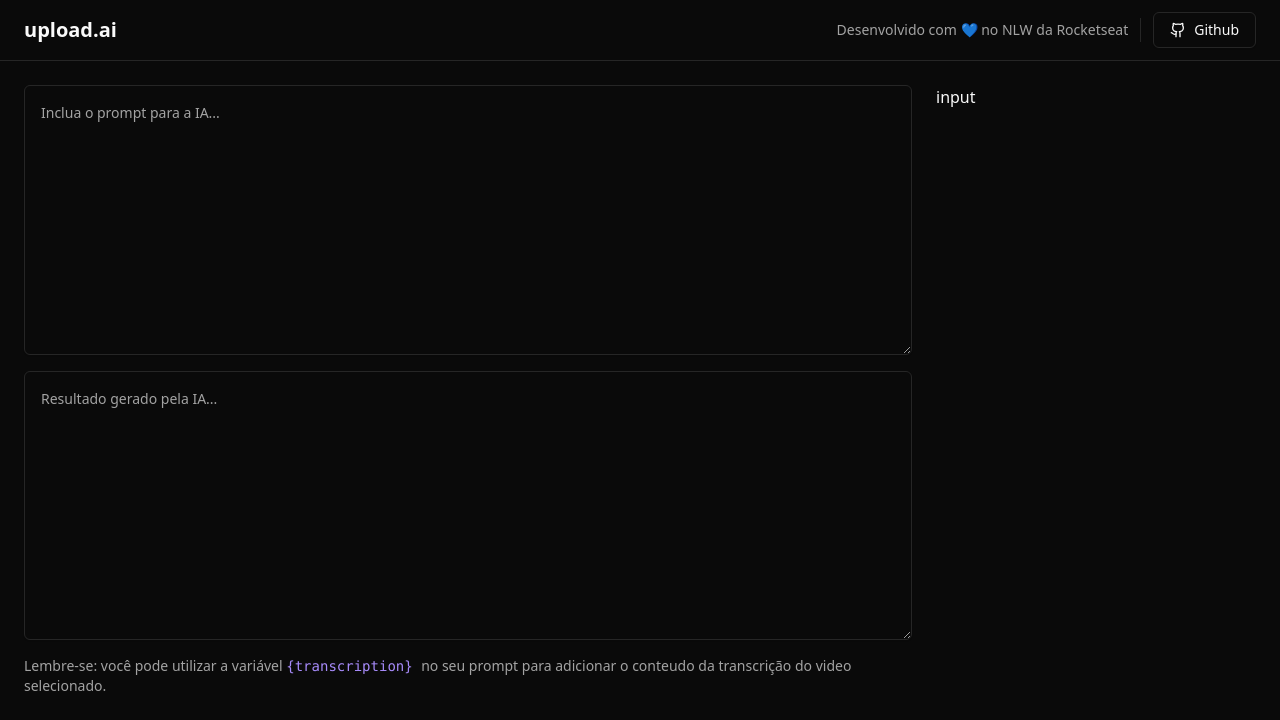
Repository: ricardolimati/upload-ai-web
Page: /
An editor plug-in stored every save of this project. The page is shown before and after the next save, followed by the edit.
The browser window is 1280 px wide. The pictures show the whole page.
The project was rebuilt for these pictures with package versions that can differ from the ones it lists, and the page was loaded fresh each time. Also part of the build but not shown: vite.config.ts.

Above is the page before, as saved 2023-09-11 23:39:26.

### src/App.tsx
import {Github} from 'lucide-react'
import { Button } from "./components/ui/button";
import { Separator } from './components/ui/separator';
import { Textarea } from './components/ui/textarea';

export function App() {
  return(
   <div className="min-h-screen flex flex-col">
    <div className="px-6 py-3 flex items-center justify-between border-b">
      <h1 className="text-xl font-bold">upload.ai</h1>
      <div className="flex items-center gap-3">
        <span className="text-sm text-muted-foreground">
          Desenvolvido com 💙 no NLW da Rocketseat</span>
          <Separator orientation='vertical' className='h-6' />
        <Button variant="outline">
          <Github className="w-4 h-4 mr-2" />Github
        </Button>
      </div>
    </div>

    <main className="flex-1 p-6 flex gap-6">
      <div className="flex flex-col flex-1 gap-4">
        <div className="grid grid-rows-2 gap-4 flex-1">
          <Textarea
          className="resize-nome p-4 leading-relaxed"
          placeholder="Inclua o prompt para a IA..."
          />
          <Textarea
          className="resize-nome p-4 leading-relaxed"
          placeholder="Resultado gerado pela IA..."
          readOnly
           />
        </div>

        <p className="text-sm text-muted-foreground">
          Lembre-se: você pode utilizar a variável <code className="text-violet-400">{'{transcription}'} </code>
           no seu prompt para adicionar o conteudo da transcrição
          do video selecionado.</p>
      </div>
      <aside className="w-80 space-y-6">
        <form className="space-y-6" action="" method="post">
          <label htmlFor="video"></label>
          input
        </form>
      </aside>
    </main>
   </div>
  )
}

### src/index.css
@tailwind base;
@tailwind components;
@tailwind utilities;

@layer base {
  :root {
    --background: 0 0% 3.9%;
    --foreground: 0 0% 98%;
    --card: 0 0% 3.9%;
    --card-foreground: 0 0% 98%;
    --popover: 0 0% 3.9%;
    --popover-foreground: 0 0% 98%;
    --primary: 0 72.2% 50.6%;
    --primary-foreground: 0 85.7% 97.3%;
    --secondary: 0 0% 14.9%;
    --secondary-foreground: 0 0% 98%;
    --muted: 0 0% 14.9%;
    --muted-foreground: 0 0% 63.9%;
    --accent: 0 0% 14.9%;
    --accent-foreground: 0 0% 98%;
    --destructive: 0 62.8% 30.6%;
    --destructive-foreground: 0 0% 98%;
    --border: 0 0% 14.9%;
    --input: 0 0% 14.9%;
    --ring: 0 72.2% 50.6%;

    --radius: 0.5rem;
  }
}

@layer base {
  * {
    @apply border-border;
  }
  body {
    @apply bg-background text-foreground;
  }
}

### src/components/ui/button.tsx
import * as React from "react"
import { Slot } from "@radix-ui/react-slot"
import { cva, type VariantProps } from "class-variance-authority"

import { cn } from "@/lib/utils"

const buttonVariants = cva(
  "inline-flex items-center justify-center rounded-md text-sm font-medium transition-colors focus-visible:outline-none focus-visible:ring-1 focus-visible:ring-ring disabled:pointer-events-none disabled:opacity-50",
  {
    variants: {
      variant: {
        default:
          "bg-primary text-primary-foreground shadow hover:bg-primary/90",
        destructive:
          "bg-destructive text-destructive-foreground shadow-sm hover:bg-destructive/90",
        outline:
          "border border-input bg-transparent shadow-sm hover:bg-accent hover:text-accent-foreground",
        secondary:
          "bg-secondary text-secondary-foreground shadow-sm hover:bg-secondary/80",
        ghost: "hover:bg-accent hover:text-accent-foreground",
        link: "text-primary underline-offset-4 hover:underline",
      },
      size: {
        default: "h-9 px-4 py-2",
        sm: "h-8 rounded-md px-3 text-xs",
        lg: "h-10 rounded-md px-8",
        icon: "h-9 w-9",
      },
    },
    defaultVariants: {
      variant: "default",
      size: "default",
    },
  }
)

export interface ButtonProps
  extends React.ButtonHTMLAttributes<HTMLButtonElement>,
    VariantProps<typeof buttonVariants> {
  asChild?: boolean
}

const Button = React.forwardRef<HTMLButtonElement, ButtonProps>(
  ({ className, variant, size, asChild = false, ...props }, ref) => {
    const Comp = asChild ? Slot : "button"
    return (
      <Comp
        className={cn(buttonVariants({ variant, size, className }))}
        ref={ref}
        {...props}
      />
    )
  }
)
Button.displayName = "Button"

export { Button, buttonVariants }

### src/components/ui/separator.tsx
import * as React from "react"
import * as SeparatorPrimitive from "@radix-ui/react-separator"

import { cn } from "@/lib/utils"

const Separator = React.forwardRef<
  React.ElementRef<typeof SeparatorPrimitive.Root>,
  React.ComponentPropsWithoutRef<typeof SeparatorPrimitive.Root>
>(
  (
    { className, orientation = "horizontal", decorative = true, ...props },
    ref
  ) => (
    <SeparatorPrimitive.Root
      ref={ref}
      decorative={decorative}
      orientation={orientation}
      className={cn(
        "shrink-0 bg-border",
        orientation === "horizontal" ? "h-[1px] w-full" : "h-full w-[1px]",
        className
      )}
      {...props}
    />
  )
)
Separator.displayName = SeparatorPrimitive.Root.displayName

export { Separator }

### src/components/ui/textarea.tsx
import * as React from "react"

import { cn } from "@/lib/utils"

export interface TextareaProps
  extends React.TextareaHTMLAttributes<HTMLTextAreaElement> {}

const Textarea = React.forwardRef<HTMLTextAreaElement, TextareaProps>(
  ({ className, ...props }, ref) => {
    return (
      <textarea
        className={cn(
          "flex min-h-[60px] w-full rounded-md border border-input bg-transparent px-3 py-2 text-sm shadow-sm placeholder:text-muted-foreground focus-visible:outline-none focus-visible:ring-1 focus-visible:ring-ring disabled:cursor-not-allowed disabled:opacity-50",
          className
        )}
        ref={ref}
        {...props}
      />
    )
  }
)
Textarea.displayName = "Textarea"

export { Textarea }

Loaded but not shown: index.html (common file); src/main.tsx (common file); src/lib/utils.ts (common file); tailwind.config.js (common file)

After the next save:
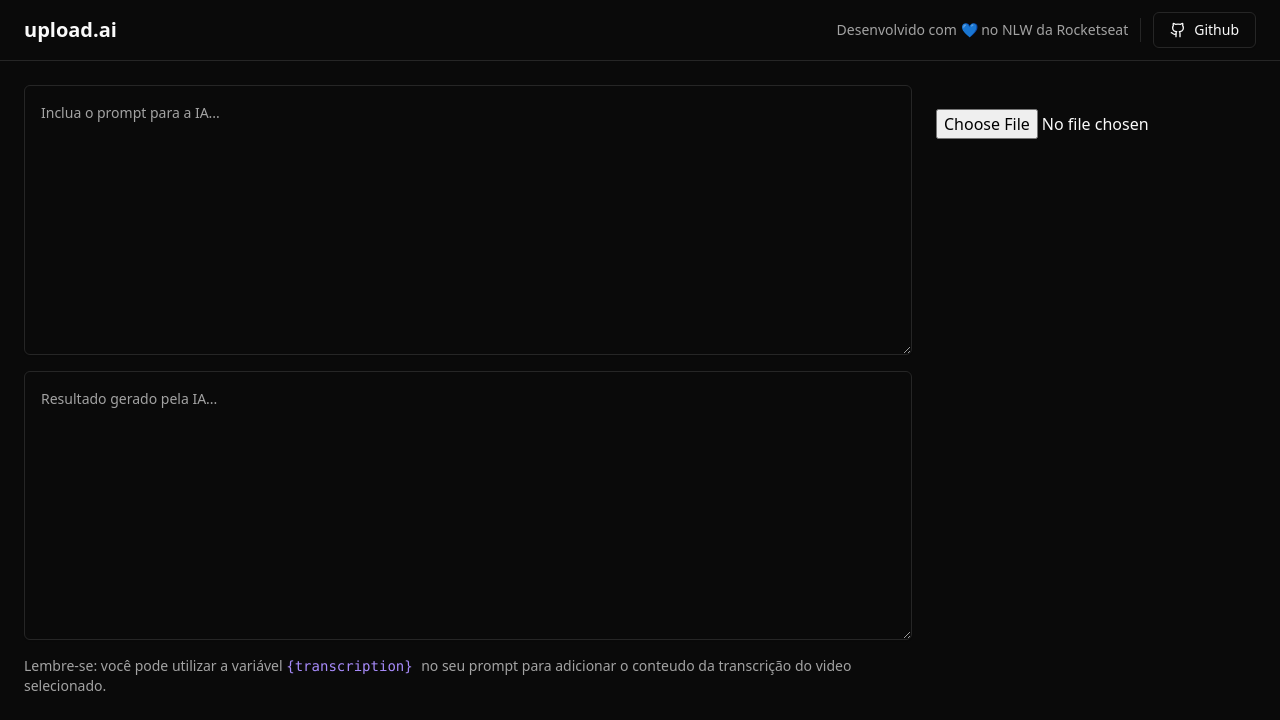
Saved 12 s later.
--- a/src/App.tsx
+++ b/src/App.tsx
@@ -40,7 +40,7 @@ export function App() {
       <aside className="w-80 space-y-6">
         <form className="space-y-6" action="" method="post">
           <label htmlFor="video"></label>
-          input
+          <input type="file" name="" id="" />
         </form>
       </aside>
     </main>
